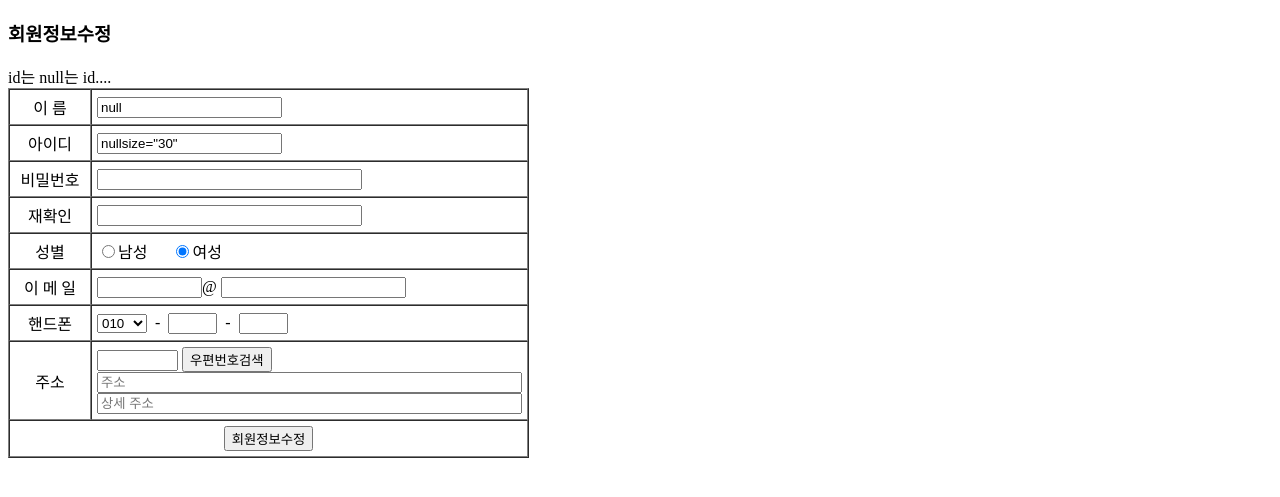
Repository: dahye1013/java-basic-learning
Page: http://localhost/memberJSP/member/modifyForm.jsp
An editor plug-in stored every save of this project. The page is shown before and after the next save, followed by the edit.
The browser window is 1280 px wide. The pictures show the whole page.
The page is served by Tomcat 9. Queries for data that is not in the repository find no rows.

Above is the page before, as saved 2020-06-04 09:18:17.

After the next save:
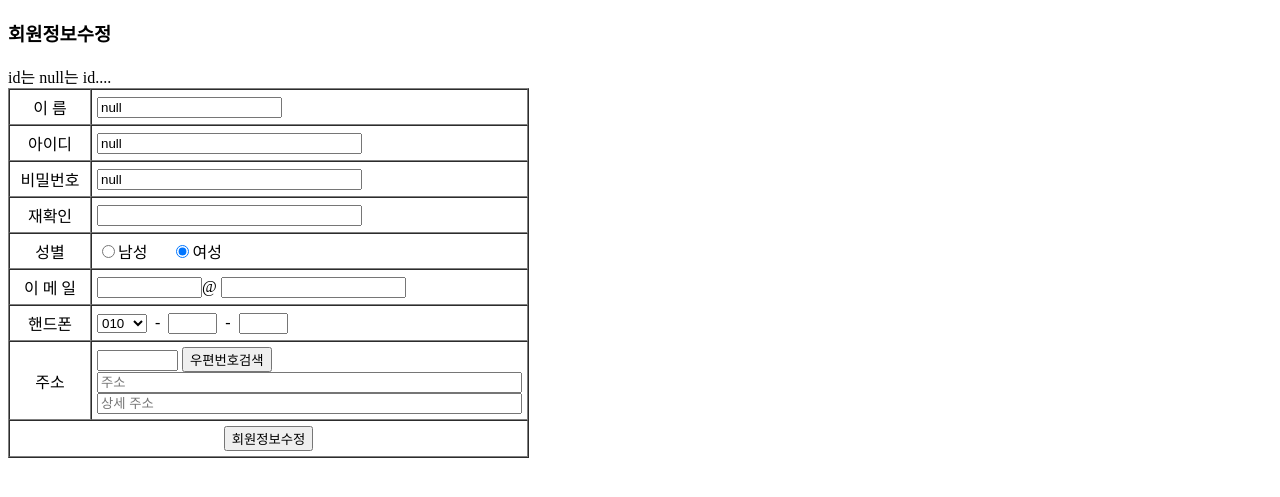
Saved 25 s later.
--- a/memberJSP/WebContent/member/modifyForm.jsp
+++ b/memberJSP/WebContent/member/modifyForm.jsp
@@ -35,13 +35,13 @@
 			<tr>
 				<!--2행-->
 				<td width="70" align="center">아이디</td>
-				<td><input type="text" name="id" value=<%=memberDTO.getId() %>size="30" onkeyup="inputIdChk()">
+				<td><input type="text" name="id" value=<%=memberDTO.getId() %> size="30" onkeyup="inputIdChk()">
 				</td>
 			</tr>
 			<tr>
 				<!--3행-->
 				<td width="70" align="center">비밀번호</td>
-				<td><input type="password" name="pwd" size="30"></td>
+				<td><input type="text" name="pwd" value=<%=memberDTO.getPwd() %> size="30"></td>
 			</tr>
 			<tr>
 				<!--4행-->
